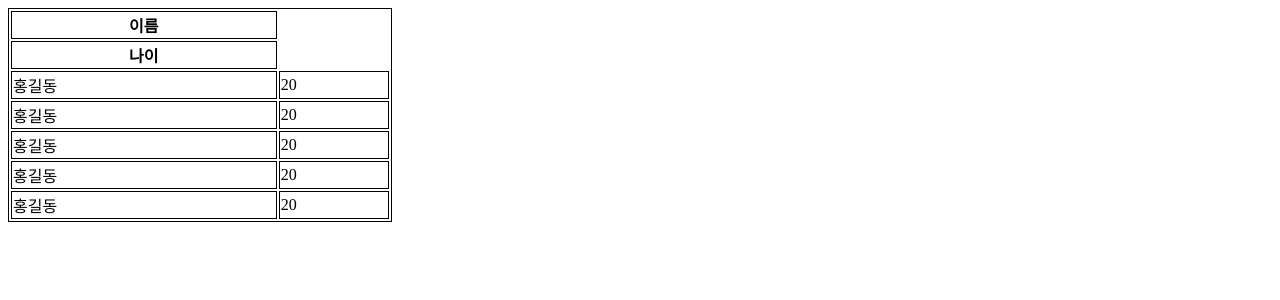
Repository: harin1212/PDA-frontend
Page: js05/table.html
The author's editor kept a copy of each file at every save. The page is drawn from the files as they stood at one save, then again after the next save.
The browser window is 1280 px wide. The pictures show the whole page.

Above is the page before, as saved 2023-08-10 09:23:12.

### js05/table.html
<!DOCTYPE html>
<html lang="en">
<head>
    <meta charset="UTF-8">
    <meta name="viewport" content="width=device-width, initial-scale=1.0">
    <title>Document</title>
    <style>
        table{
            width: 30vw;
            height: 20vh;
            border : 1px solid black;
        }
        td, th{
            border: 1px solid black;
        }
    </style>
</head>
<body>
    <table>
        <thead>
            <tr><th scope="col">이름</th></tr>
            <tr><th scope="col">나이</th></tr>
        </thead>
        <tbody>
            <tr>
                <td>홍길동</td>
                <td>20</td>
            </tr>
            <tr>
                <td>홍길동</td>
                <td>20</td>
            </tr>
            <tr>
                <td>홍길동</td>
                <td>20</td>
            </tr>
            <tr>
                <td>홍길동</td>
                <td>20</td>
            </tr>
            <tr>
                <td>홍길동</td>
                <td>20</td>
            </tr>
        </tbody>
    </table>
</body>
</html>

After the next save:
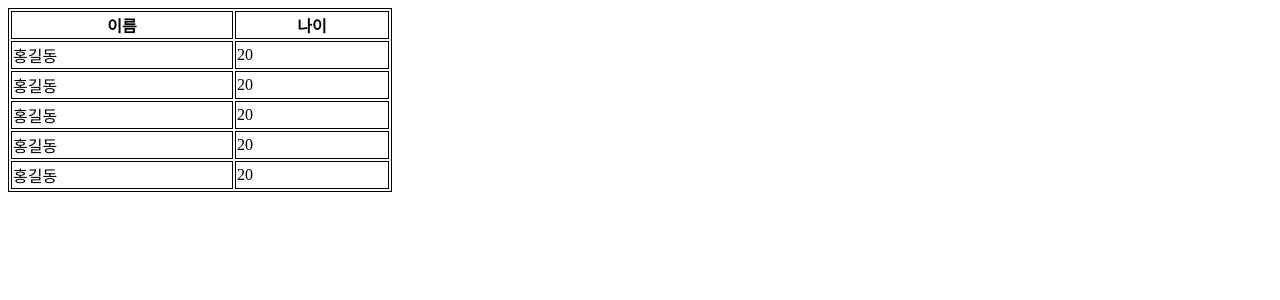
Saved 19 s later.
--- a/js05/table.html
+++ b/js05/table.html
@@ -18,8 +18,8 @@
 <body>
     <table>
         <thead>
-            <tr><th scope="col">이름</th></tr>
-            <tr><th scope="col">나이</th></tr>
+            <tr><th scope="col">이름</th>
+            <th scope="col">나이</th></tr>
         </thead>
         <tbody>
             <tr>
